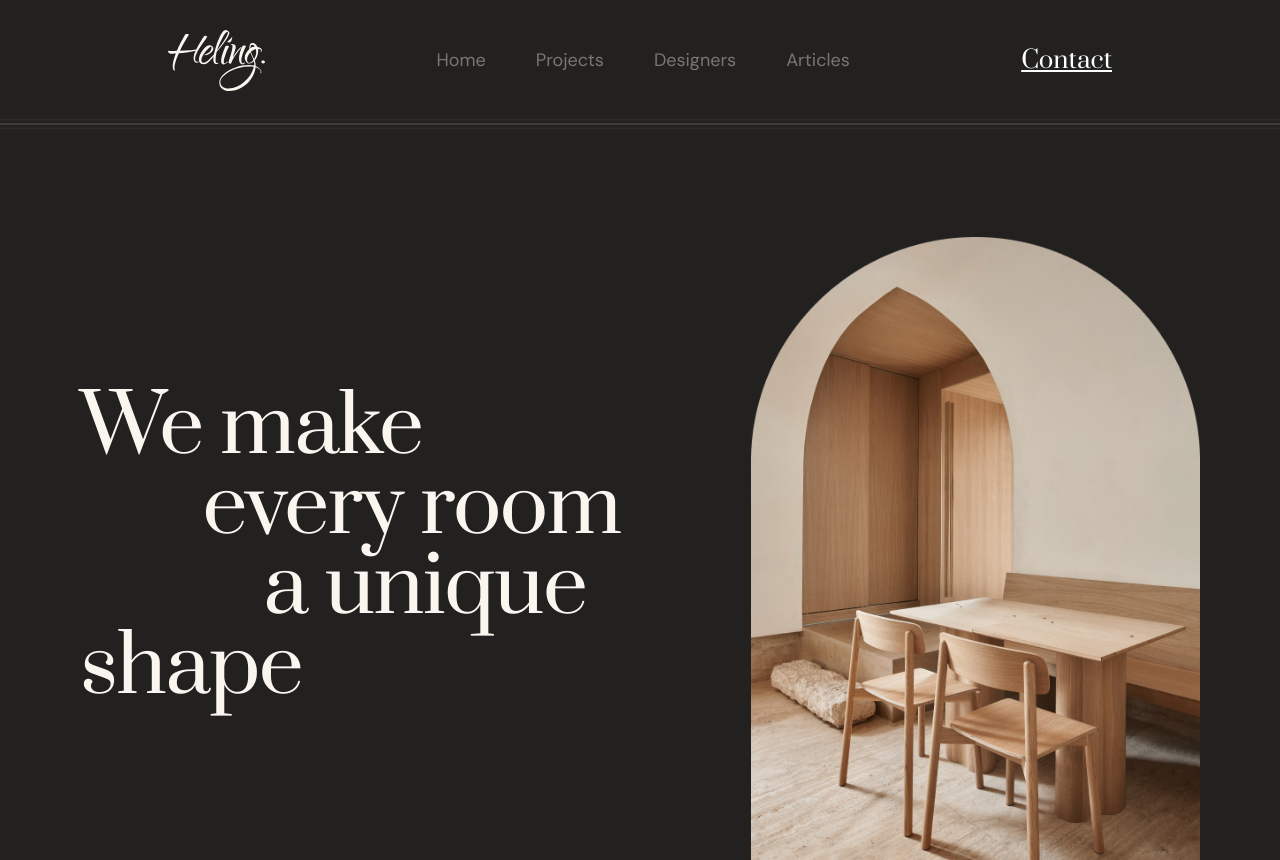
Repository: vandangnhathung/healingui_website
Page: /
These files come from the project's save history. The page is drawn as it stood at one moment and after the next save; the edit follows.
The browser window is 1280 px wide. The pictures show the whole page.
The project was rebuilt for these pictures with package versions that can differ from the ones it lists, and the page was loaded fresh each time.

Above is the page before, as saved 2022-03-16 13:23:20.

### src/App.js
import "./App.css";
import Container from "./components/Container/Container";
import Header from "./components/Header/Header";
function App() {
  return (
    <div className="max-w-[1600px]">
      <Header></Header>
      <Container></Container>
    </div>
  );
}

export default App;

### src/App.css
.App {
  text-align: center;
}

.App-logo {
  height: 40vmin;
  pointer-events: none;
}

@media (prefers-reduced-motion: no-preference) {
  .App-logo {
    animation: App-logo-spin infinite 20s linear;
  }
}

.App-header {
  background-color: #282c34;
  min-height: 100vh;
  display: flex;
  flex-direction: column;
  align-items: center;
  justify-content: center;
  font-size: calc(10px + 2vmin);
  color: white;
}

.App-link {
  color: #61dafb;
}

@keyframes App-logo-spin {
  from {
    transform: rotate(0deg);
  }
  to {
    transform: rotate(360deg);
  }
}

*,
*::before,
*::after {
  box-sizing: border-box;
}
* {
  margin: 0;
}

html,
body {
  height: 100%;
}
body {
  line-height: 1.5;
  -webkit-font-smoothing: antialiased;
  -webkit-tap-highlight-color: rgba(0, 0, 0, 0);
}

img,
picture,
video,
canvas,
svg {
  display: block;
  max-width: 100%;
}
input,
button,
textarea,
select {
  font: inherit;
  outline: none;
  border: none;
}
p,
h1,
h2,
h3,
h4,
h5,
h6 {
  overflow-wrap: break-word;
}

### src/components/Container/Container.js
import React from "react";
import styled from "styled-components";
import Image1 from "../../Images/Image1.png";
const Container = () => {
  const StyledContainer = styled.div`
    background-color: #222120;
    @import url("https://fonts.googleapis.com/css2?family=DM+Sans:wght@400;500;700&display=swap");
    font-family: "DM Sans", sans-serif;
    @import url("https://fonts.googleapis.com/css2?family=Prata&display=swap");
  `;
  const Container = styled.div`
    padding: 108px 80px 0;
    display: flex;
    align-items: center;
    justify-content: space-between;
    gap: 30px;
  `;
  const Slogan = styled.h2`
    letter-spacing: -0.02em;
    font-size: 80px;
    line-height: 1;
    font-family: "Prata", serif;
    color: #faf5ef;
    max-width: 724px;
    font-weight: 400;
  `;
  const Image1Div = styled.img`
    width: auto;
    height: auto;
  `;
  return (
    <StyledContainer>
      <Container>
        <div>
          <Slogan>
            We make <span className="opacity-0">We</span>every room{" "}
            <span className="opacity-0">Wee</span> a unique shape
          </Slogan>
        </div>
        <div>
          <Image1Div src={Image1} alt="" />
        </div>
      </Container>
    </StyledContainer>
  );
};

export default Container;

### src/components/Header/Header.js
import React from "react";
import styled from "styled-components";
import headerLine from "../../Images/header-line.png";
const Header = () => {
  const StyledHeader = styled.div`
    background-color: #222120;
    @import url("https://fonts.googleapis.com/css2?family=DM+Sans:wght@400;500;700&display=swap");
    font-family: "DM Sans", sans-serif;
    @import url("https://fonts.googleapis.com/css2?family=Prata&display=swap");
  `;
  const Header = styled.div`
    display: flex;
    justify-content: space-between;
    align-items: center;
    padding: 30px 168px 28px;
  `;
  const ListNav = styled.ul`
    color: #faf5ef;
    opacity: 0.4;
    font-weight: 400;
    font-size: 18px;
    line-height: 0.6;
    display: flex;
    align-items: center;
    list-style: none;
    gap: 0 50px;
  `;
  const ItemNav = styled.li`
    cursor: pointer;
  `;
  const ContactDiv = styled.h3`
    font-family: "Prata", serif;
  `;
  return (
    <StyledHeader>
      <Header>
        <div>
          <svg
            width="97"
            height="61"
            viewBox="0 0 97 61"
            fill="none"
            xmlns="http://www.w3.org/2000/svg"
          >
            <path
              d="M0.241098 20.6943L1.38631 20.9951C5.56534 20.9951 8.05669 20.9349 8.86035 20.8146C11.1106 15.6009 13.8832 10.1667 17.1782 4.51183C17.4595 4.23109 18.1426 4.09073 19.2276 4.09073C20.3125 4.09073 20.855 4.35141 20.855 4.87278L17.9618 9.50493C15.5508 13.5957 13.5618 17.3254 11.9946 20.6943L21.9399 20.213C23.4267 20.1328 25.5162 19.8922 28.2085 19.4911C29.856 16.2827 31.6039 13.2147 33.4523 10.287C35.3008 7.3192 36.4661 5.8353 36.9483 5.8353C37.4305 5.8353 37.9327 5.95562 38.4551 6.19625C39.0177 6.39678 39.299 6.61736 39.299 6.85799C38.8569 7.45956 38.3547 8.14135 37.7921 8.90335C37.2697 9.66535 36.7272 10.4274 36.1647 11.1893C30.1372 19.2104 27.1235 25.1861 27.1235 29.1164C27.1235 30.9211 27.8468 31.8235 29.2934 31.8235L31.3427 31.5227C31.4633 31.5227 31.5236 31.5628 31.5236 31.643C31.5236 31.8435 31.1619 32.0641 30.4386 32.3047C29.7153 32.5855 29.1528 32.7258 28.7509 32.7258C27.8267 32.7258 27.0632 32.3248 26.4605 31.5227C25.8979 30.7206 25.6167 29.7179 25.6167 28.5148C25.6167 26.2288 26.2998 23.6621 27.666 20.8146C21.1563 22.3787 15.5508 23.1607 10.8494 23.1607C7.91605 29.6177 6.44937 34.4303 6.44937 37.5986C6.44937 38.5611 6.56992 39.263 6.81102 39.7041C7.05211 40.1453 7.17266 40.406 7.17266 40.4862C7.17266 40.5664 7.07221 40.6065 6.87129 40.6065C5.4247 40.6065 4.70141 39.1026 4.70141 36.0947C4.70141 33.0868 5.74617 28.8757 7.83568 23.4615C5.50507 23.622 3.87766 23.7022 2.95345 23.7022C0.984483 23.7022 0 22.7597 0 20.8748C0 20.7544 0.0803659 20.6943 0.241098 20.6943Z"
              fill="#FAF5EF"
            />
            <path
              d="M46.2833 24.1834C46.5244 24.1834 46.6449 24.2837 46.6449 24.4842C46.6449 24.6446 46.6047 24.8051 46.5244 24.9655C42.3052 31.1016 38.8092 34.1696 36.0366 34.1696C32.6211 34.1696 30.9133 32.5855 30.9133 29.4172C30.9133 26.9707 32.1188 24.003 34.5297 20.5138C36.9809 17.0247 39.3517 15.2801 41.6421 15.2801C42.6065 15.2801 43.4504 15.6009 44.1737 16.2426C44.9371 16.8442 45.3189 17.5861 45.3189 18.4684C45.3189 19.9924 44.3746 21.4964 42.486 22.9803C40.5974 24.4642 38.7691 25.2061 37.001 25.2061C36.6394 25.2061 36.4585 25.1259 36.4585 24.9655L36.6394 24.6647C41.2604 23.2209 43.5709 20.8547 43.5709 17.5661C43.5709 17.0848 43.4102 16.8442 43.0887 16.8442C42.6065 16.8442 41.8029 17.3054 40.6777 18.2278C38.7088 19.832 37.001 21.8373 35.5544 24.2436C34.1078 26.6499 33.3845 28.6752 33.3845 30.3195C33.3845 31.9638 34.0074 32.786 35.253 32.786C36.6594 32.786 38.2467 32.044 40.0147 30.5602C41.1398 29.5174 42.4458 28.1939 43.9326 26.5897C45.4595 24.9855 46.2431 24.1834 46.2833 24.1834Z"
              fill="#FAF5EF"
            />
            <path
              d="M49.0196 33.0868L49.984 32.786C50.1849 32.786 50.2854 32.8863 50.2854 33.0868C50.2854 33.7285 49.5822 34.0493 48.1758 34.0493C46.247 34.0493 45.2826 32.4451 45.2826 29.2367C45.2826 27.1111 45.9255 23.7423 47.2114 19.1302C48.4973 14.478 50.1247 10.1266 52.0936 6.07593C54.0626 2.02531 55.8307 0 57.3978 0C58.2818 0 59.1658 0.300787 60.0499 0.902364C60.9339 1.46384 61.3759 2.08547 61.3759 2.76726C61.3759 5.65483 57.1165 12.0717 48.5977 22.0177C47.9146 24.9855 47.573 27.5723 47.573 29.7781C47.573 31.9839 48.0552 33.0868 49.0196 33.0868ZM59.9293 2.58678C59.9293 2.10552 59.7887 1.86489 59.5074 1.86489C58.3019 1.86489 56.5539 4.01052 54.2635 8.30177C51.9731 12.5529 50.2251 16.6035 49.0196 20.4536C56.2928 10.9487 59.9293 4.9931 59.9293 2.58678Z"
              fill="#FAF5EF"
            />
            <path
              d="M64.165 6.73767C64.2454 6.73767 64.2856 6.83793 64.2856 7.03846L63.9842 8.78304C63.3814 11.2696 62.4572 12.5128 61.2116 12.5128C60.2873 12.5128 59.5641 12.2722 59.0417 11.7909C60.5686 10.7482 62.2764 9.06377 64.165 6.73767ZM61.0307 16.6035C59.7851 18.7291 58.5997 21.4362 57.4745 24.7248C56.3494 27.9734 55.7869 30.2193 55.7869 31.4625C55.7869 32.7058 56.048 33.3274 56.5704 33.3274C56.9321 33.3274 57.3942 33.1068 57.9567 32.6657C58.5193 32.2245 58.8609 31.9438 58.9814 31.8235C59.102 31.7032 59.2426 31.5828 59.4033 31.4625C59.5641 31.4625 59.6444 31.5427 59.6444 31.7032C59.6444 32.1844 59.0618 32.7459 57.8965 33.3876C56.7713 34.0694 55.9476 34.4103 55.4252 34.4103C53.8983 34.4103 53.1348 33.3074 53.1348 31.1016C53.1348 27.8129 54.3403 23.4214 56.7512 17.927C56.7512 17.7666 56.8517 17.4658 57.0526 17.0247C57.2937 16.5835 57.4745 16.3028 57.5951 16.1824C57.8764 15.9017 58.2581 15.7613 58.7403 15.7613C60.1467 15.7613 60.9102 16.0421 61.0307 16.6035Z"
              fill="#FAF5EF"
            />
            <path
              d="M78.0084 16.3629C78.0084 16.2025 77.9079 16.3028 77.707 16.6637C76.5819 18.7091 75.5773 21.1755 74.6933 24.0631C73.8092 26.9507 73.3672 28.8356 73.3672 29.7179C73.3672 32.1644 73.8092 33.3876 74.6933 33.3876C74.9745 33.3876 75.3362 33.187 75.7782 32.786C76.2604 32.425 76.4613 32.2446 76.381 32.2446C76.5015 32.2446 76.5618 32.405 76.5618 32.7258C76.5618 33.7686 75.959 34.2899 74.7535 34.2899C73.548 34.2899 72.6238 33.7485 71.9809 32.6657C71.338 31.6229 71.0165 30.119 71.0165 28.1538C71.0165 26.1887 71.5389 23.6019 72.5837 20.3935C73.6284 17.145 74.633 15.5207 75.5974 15.5207H75.8988C77.3052 15.5207 78.0084 15.8014 78.0084 16.3629ZM73.307 16.9645C73.3471 17.0046 73.3672 17.0848 73.3672 17.2051C73.3672 17.2853 73.2065 17.526 72.885 17.927C68.5453 23.1808 65.5315 27.6726 63.8439 31.4024L63.3014 32.9665C63.0603 33.4076 62.7589 33.6282 62.3973 33.6282C62.0356 33.6282 61.6338 33.5279 61.1918 33.3274C60.7498 33.1269 60.5288 32.8863 60.5288 32.6055C60.5288 31.9237 61.1918 29.5174 62.5178 25.3866C63.8439 21.2156 64.5069 18.0874 64.5069 16.002C64.5069 15.4405 64.3662 15.0996 64.085 14.9793C63.8037 14.859 63.5224 14.8189 63.2411 14.859C62.9598 14.859 62.8192 14.7587 62.8192 14.5582C62.8192 14.1972 63.1206 14.0168 63.7233 14.0168C66.4156 14.0168 67.7617 15.1197 67.7617 17.3254C67.7617 18.1676 66.7973 21.4362 64.8685 27.1312C66.6366 24.3639 68.3444 21.9776 69.9919 19.9724C71.6394 17.9671 72.7444 16.9645 73.307 16.9645Z"
              fill="#FAF5EF"
            />
            <path
              d="M86.7293 30.3797C87.3321 31.5026 87.6334 33.0066 87.6334 34.8915C87.6334 35.2926 87.6134 35.6736 87.5732 36.0345C89.2207 36.7163 90.5869 37.5986 91.6718 38.6815C92.797 39.7643 93.3595 40.787 93.3595 41.7495C93.3595 42.7521 93.1184 43.2534 92.6362 43.2534C92.5157 43.2534 92.4152 43.1331 92.3349 42.8925C92.6563 42.4513 92.817 42.0302 92.817 41.6292C92.817 40.787 92.2746 39.9448 91.1896 39.1026C90.1047 38.2604 88.9193 37.6387 87.6334 37.2377C87.1512 41.3685 85.6042 45.2587 82.9923 48.9083C80.4206 52.598 77.1658 55.5256 73.2278 57.6913C69.2899 59.8971 65.2515 61 61.1127 61C58.2999 61 55.9692 60.2179 54.1208 58.6538C52.2322 57.0897 51.2879 54.9241 51.2879 52.1568C51.2879 49.4296 52.835 46.6824 55.9291 43.9152C59.0232 41.188 62.8606 39.0223 67.4415 37.4181C71.9822 35.8139 76.4425 35.0118 80.8224 35.0118C82.8718 35.0118 84.6197 35.1923 86.0663 35.5533C86.227 35.072 86.3074 34.6308 86.3074 34.2298C86.3074 32.8662 86.1467 31.9037 85.8252 31.3422C84.2581 32.786 82.8316 33.5079 81.5457 33.5079C80.2599 33.5079 79.1347 32.8863 78.1704 31.643C77.206 30.3997 76.7238 29.0763 76.7238 27.6726C76.7238 24.8652 78.2708 21.9576 81.3649 18.9497C81.3649 16.6637 81.606 15.1197 82.0882 14.3176C82.6106 13.5154 83.5549 13.1144 84.9211 13.1144C86.3275 13.1144 87.8545 14.4379 89.502 17.0848C92.3951 17.6062 93.8417 18.669 93.8417 20.2732C93.8417 20.6341 93.7212 21.0151 93.4801 21.4162C93.2792 21.7771 93.0581 21.9576 92.817 21.9576C92.5759 21.9576 92.4554 21.8774 92.4554 21.717C92.8572 21.4362 93.0581 21.1154 93.0581 20.7544C93.0581 19.5513 92.0938 18.9497 90.165 18.9497C90.2052 19.2705 90.2253 19.6916 90.2253 20.213C90.2253 24.0631 89.0599 27.452 86.7293 30.3797ZM86.6691 16.784C86.1065 15.4605 85.2627 14.7988 84.1375 14.7988C83.0124 14.7988 82.4498 15.8817 82.4498 18.0473V18.1075C83.7759 17.2252 85.0216 16.784 86.1869 16.784H86.6691ZM88.2362 22.0177C88.2362 20.8948 88.0554 19.8922 87.6937 19.0099C87.0106 19.2505 86.0261 19.7117 84.7403 20.3935C83.4946 21.0352 82.8718 21.4964 82.8718 21.7771C82.8718 22.098 83.9366 24.4842 86.0663 28.9359C87.5129 26.8504 88.2362 24.5444 88.2362 22.0177ZM79.0745 29.6578C79.0745 31.7433 79.8781 32.786 81.4854 32.786C82.8918 32.786 84.2179 31.8034 85.4636 29.8383L82.3293 22.3787C81.4854 23.2209 80.722 24.3639 80.0389 25.8077C79.3959 27.2515 79.0745 28.5348 79.0745 29.6578ZM81.8471 36.5759C78.0297 36.5759 74.2726 37.0572 70.5758 38.0197C66.8789 39.0224 63.7246 40.2656 61.1127 41.7495C58.5008 43.2735 56.3912 44.9379 54.7838 46.7426C53.1765 48.5473 52.3729 50.3721 52.3729 52.217C52.3729 54.1019 53.0962 55.6058 54.5428 56.7288C55.9492 57.8918 57.9382 58.4734 60.5099 58.4734C66.0552 58.4734 71.3192 56.2676 76.3018 51.856C81.2443 47.4845 84.4188 42.4914 85.8252 36.8767C84.8608 36.6762 83.5348 36.5759 81.8471 36.5759Z"
              fill="#FAF5EF"
            />
            <path
              d="M95.1315 30.5C95.6137 30.5 96.0356 30.6604 96.3973 30.9813C96.7991 31.262 97 31.5828 97 31.9438C97 32.3448 96.7991 32.6857 96.3973 32.9665C96.0356 33.2472 95.674 33.3876 95.3123 33.3876C94.0265 33.3876 93.3835 32.8462 93.3835 31.7633C93.3835 30.9211 93.9662 30.5 95.1315 30.5Z"
              fill="#FAF5EF"
            />
          </svg>
        </div>
        <ListNav>
          <ItemNav>Home</ItemNav>
          <ItemNav>Projects</ItemNav>
          <ItemNav>Designers</ItemNav>
          <ItemNav>Articles</ItemNav>
        </ListNav>
        <ContactDiv className="text-2xl leading-7 text-white underline">
          Contact
        </ContactDiv>
      </Header>
      <img src={headerLine} alt="" />
    </StyledHeader>
  );
};

export default Header;

Loaded but not shown: public/index.html (common file); src/index.js (common file); src/index.css (common file); src/reportWebVitals.js (common file); tailwind.config.js (common file)

After the next save:
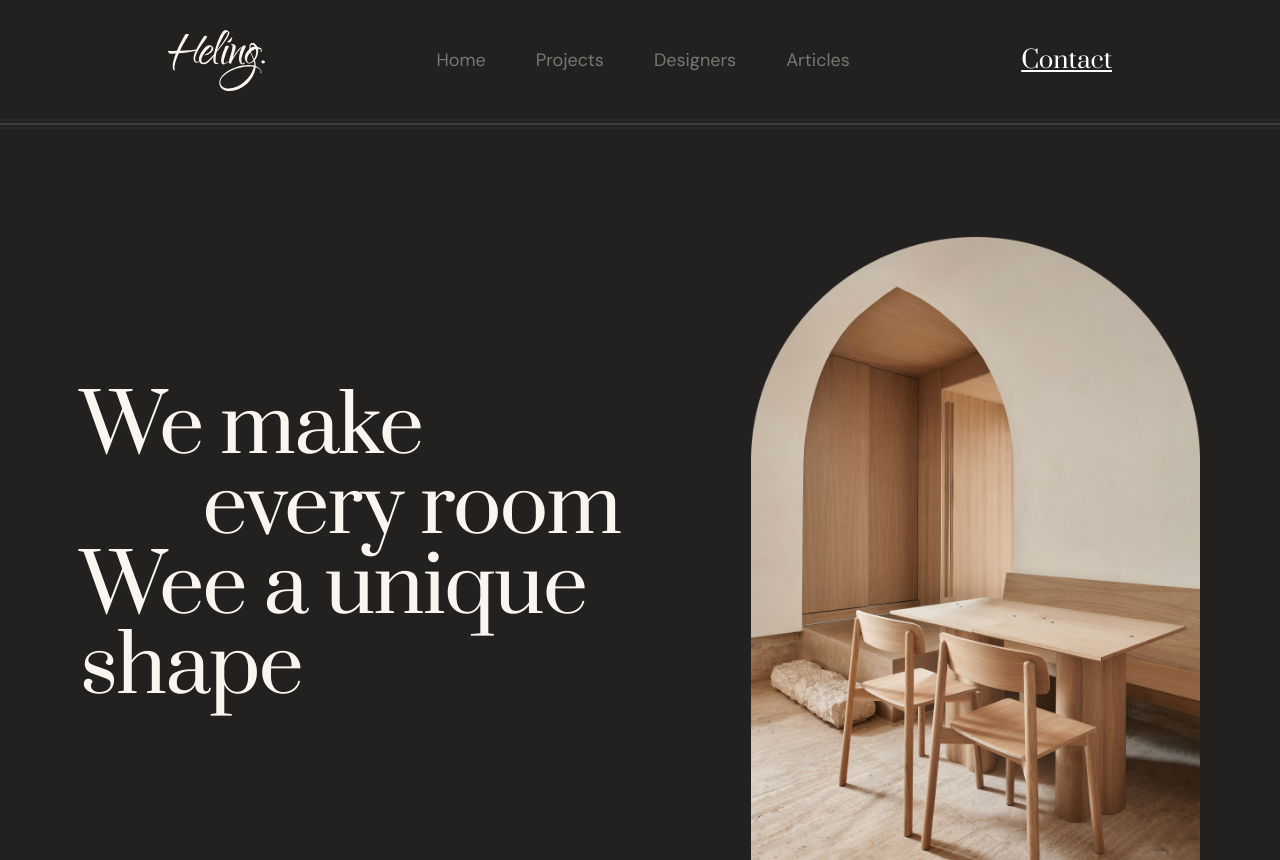
Saved 7 s later.
--- a/src/components/Container/Container.js
+++ b/src/components/Container/Container.js
@@ -34,7 +34,7 @@ const Container = () => {
         <div>
           <Slogan>
             We make <span className="opacity-0">We</span>every room{" "}
-            <span className="opacity-0">Wee</span> a unique shape
+            <span className="">Wee</span> a unique shape
           </Slogan>
         </div>
         <div>
